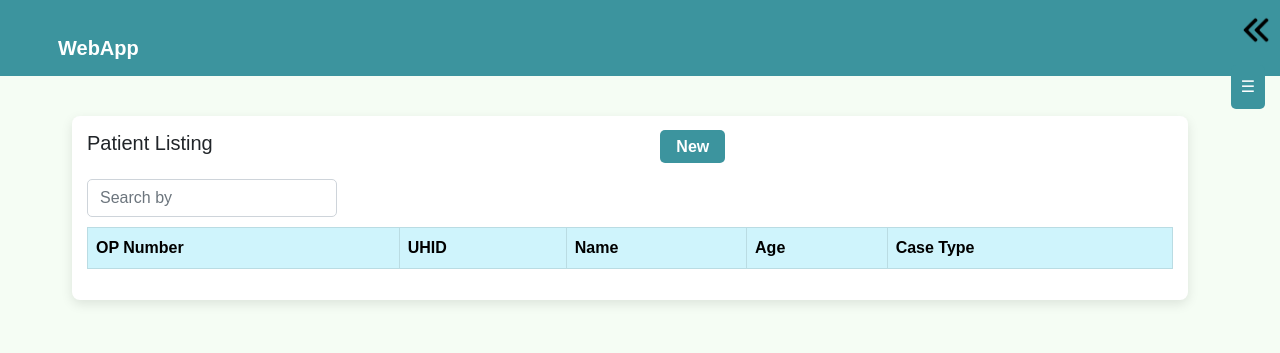
Repository: NAGENDRAN0/New
Page: http://localhost/outpatient
These files come from the project's save history. The page is drawn as it stood at one moment and after the next save; the edit follows.
The browser window is 1280 px wide. The pictures show the whole page.
The page is this project's Thymeleaf template; nobody is signed in. The template is opened directly, without the code that normally fills it, so the values that code supplies are empty.

Above is the page before, as saved 2025-05-15 10:50:30.

### Documents/workspace-spring-tool-suite-4-4.25.0.RELEASE/HMS/src/main/resources/templates/outpatient.html
<!DOCTYPE html>
<html lang="en" xmlns:th="http://www.thymeleaf.org">
<head>
    <meta charset="UTF-8">
    <meta name="viewport" content="width=device-width, initial-scale=1.0">
    <title>Patient Listing</title>

    <!-- Bootstrap CSS -->
    <link href="https://cdn.jsdelivr.net/npm/bootstrap@5.0.2/dist/css/bootstrap.min.css" rel="stylesheet">

    <style>
		a{
			text-decoration-line: none;

		}
		a:hover{
			text-decoration: underline;
		}
        body {
            background-color: #f5fdf4;
            font-family: Arial, sans-serif;
        }

        .container {
            margin-top: 20px;
        }

        .table-container {
            background: white;
            padding: 15px;
            border-radius: 8px;
            box-shadow: 0 4px 12px rgba(0, 0, 0, 0.1);
        }

        .search-input {
            width: 250px;
            margin-bottom: 10px;
            border-radius: 5px;
        }

        .new-btn {
            background-color: #3C949E;
            color: white;
            border: none;
            padding: 8px 16px;
            border-radius: 5px;
            text-decoration: none;
            font-weight: bold;
        }

        .new-btn:hover {
            background-color: #2b6b78;
        }

        .sidebar {
            height: 100vh;
            width: 250px;
            position: fixed;
            top: 56px;
            right: -250px;
            background-color: #2b6b78;
            padding-top: 20px;
            transition: right 0.3s ease;
            z-index: 1050;
        }

        .sidebar a {
            padding: 15px;
            text-decoration: none;
            font-size: 18px;
            color: white;
            display: block;
        }

        .sidebar a:hover {
            background-color: #3C949E;
        }

        .sidebar-btn {
            position: fixed;
            top: 65px;
            right: 15px;
            background-color: #3C949E;
            color: white;
            border: none;
            padding: 10px;
            border-radius: 5px;
            cursor: pointer;
            z-index: 1100;
        }

        .content {
            margin-right: 20px;
            padding: 20px;
        }
    </style>
</head>
<body>

<!-- Navigation Bar -->
<nav class="navbar navbar-expand-lg navbar-dark" style="background-color: #3C949E;">
    <div class="container">
        <a class="navbar-brand" href="/" style="color: white; font-weight: bold;">WebApp</a>
    </div>
	<div class="d-flex justify-content-end mb-3">
		  <a href="/" class="btn btn-sm btn-custom"> <img src="/image/back.png" height="30" width="30"/> </a>
		</div>
</nav>

<!-- Sidebar -->
<div class="sidebar" id="sidebar">
    <a href="#">Dashboard</a>
    <a href="#">Patient Records</a>
    <a href="#">Appointments</a>
    <a href="#">Billing</a>
    <a href="#" th:href="@{/outpatient/prescription}">Patient Prescription</a>
</div>

<!-- Sidebar Toggle Button -->
<button class="sidebar-btn" onclick="toggleSidebar()">☰</button>

<!-- Main Content -->
<div class="content">
    <!-- Listing Table -->
    <div class="container">
        <div class="table-container">
            <div class="d-flex justify-content-between align-items-center mb-3">
                <h5>Patient Listing</h5>
				<div class="text-center flex-grow-1">
					<a th:href="@{/outpatient/registration}" class="new-btn ">New</a>
				</div>

            </div>

            <!-- Search -->
            <input type="text" id="searchInput" class="form-control search-input" placeholder="Search by " onkeyup="filterTable()">

            <!-- Table -->
            <table class="table table-bordered table-hover">
                <thead class="table-info">
                    <tr>
						<th>OP Number</th>
                        <th>UHID</th>
                        <th>Name</th>
                        <th>Age</th>
                        <th>Case Type</th>
                    </tr>
                </thead>
                <tbody id="patientTable">
                    <tr th:each="hms : ${dh}">

                        <td>
							<a th:href="@{/outpatient/edit/{UHId}(UHId=${hms.UHId})}" th:text="${hms.patientEntryNumber}"></a>
						</td>
						<td th:text="${hms.UHId}"></td>
                        <td th:text="${hms.patientName}"></td>
                        <td th:text="${hms.patientAge}"></td>
                        <td th:text="${hms.PatientCasType}"></td>
                    </tr>
                </tbody>
            </table>
        </div>
    </div>
</div>

<!-- Bootstrap JavaScript -->
<script src="https://cdn.jsdelivr.net/npm/bootstrap@5.0.2/dist/js/bootstrap.bundle.min.js"></script>

<script>
    function toggleSidebar() {
        var sidebar = document.getElementById("sidebar");
        if (sidebar.style.right === "-250px") {
            sidebar.style.right = "0";
        } else {
            sidebar.style.right = "-250px";
        }
    }

    function filterTable() {
        var input, filter, table, tr, td, i, txtValue;
        input = document.getElementById("searchInput");
        filter = input.value.toUpperCase();
        table = document.getElementById("patientTable");
        tr = table.getElementsByTagName("tr");

        for (i = 0; i < tr.length; i++) {
            td = tr[i].getElementsByTagName("td");
            if (td.length > 0) {
                txtValue = td[0].textContent || td[0].innerText;
                txtValue += " " + (td[1].textContent || td[1].innerText);
                txtValue += " " + (td[3].textContent || td[3].innerText);

                if (txtValue.toUpperCase().indexOf(filter) > -1) {
                    tr[i].style.display = "";
                } else {
                    tr[i].style.display = "none";
                }
            }
        }
    }
</script>

</body>
</html>

After the next save:
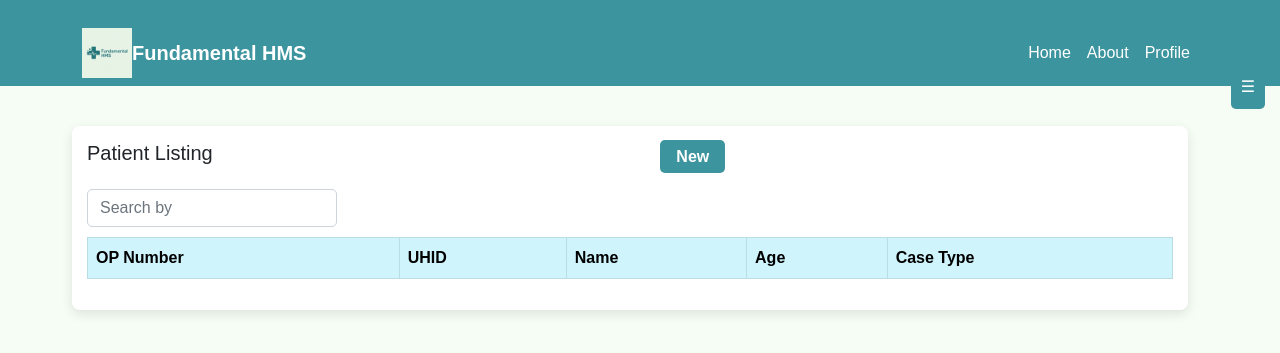
Saved 55 s later.
--- a/Documents/workspace-spring-tool-suite-4-4.25.0.RELEASE/HMS/src/main/resources/templates/outpatient.html
+++ b/Documents/workspace-spring-tool-suite-4-4.25.0.RELEASE/HMS/src/main/resources/templates/outpatient.html
@@ -99,13 +99,28 @@
 
 <!-- Navigation Bar -->
 <nav class="navbar navbar-expand-lg navbar-dark" style="background-color: #3C949E;">
-    <div class="container">
-        <a class="navbar-brand" href="/" style="color: white; font-weight: bold;">WebApp</a>
-    </div>
-	<div class="d-flex justify-content-end mb-3">
-		  <a href="/" class="btn btn-sm btn-custom"> <img src="/image/back.png" height="30" width="30"/> </a>
+		<div class="container d-flex align-items-center">
+			<img th:src=@{/image/Logo.png} class="logo" width="50" height="50"/>
+			<a class="navbar-brand d-flex align-items-center" th:href="@{/}" style="color: white; font-weight: bold;">Fundamental HMS</a>
+			<button class="navbar-toggler" type="button" data-bs-toggle="collapse" data-bs-target="#navbarNav"
+				aria-controls="navbarNav" aria-expanded="false" aria-label="Toggle navigation">
+				<span class="navbar-toggler-icon"></span>
+			</button>
+			<div class="collapse navbar-collapse" id="navbarNav">
+				<ul class="navbar-nav ms-auto">
+					<li class="nav-item">
+						<a class="nav-link active" th:href="@{/}" style="color: white;">Home</a>
+					</li>
+					<li class="nav-item">
+						<a class="nav-link" th:href="@{/features}" style="color: white;">About</a>
+					</li>
+					<li class="nav-item">
+						<a class="nav-link" th:href="@{/contact}" style="color: white;">Profile</a>
+					</li>
+				</ul>
+			</div>
 		</div>
-</nav>
+	</nav>
 
 <!-- Sidebar -->
 <div class="sidebar" id="sidebar">

After the save that followed:
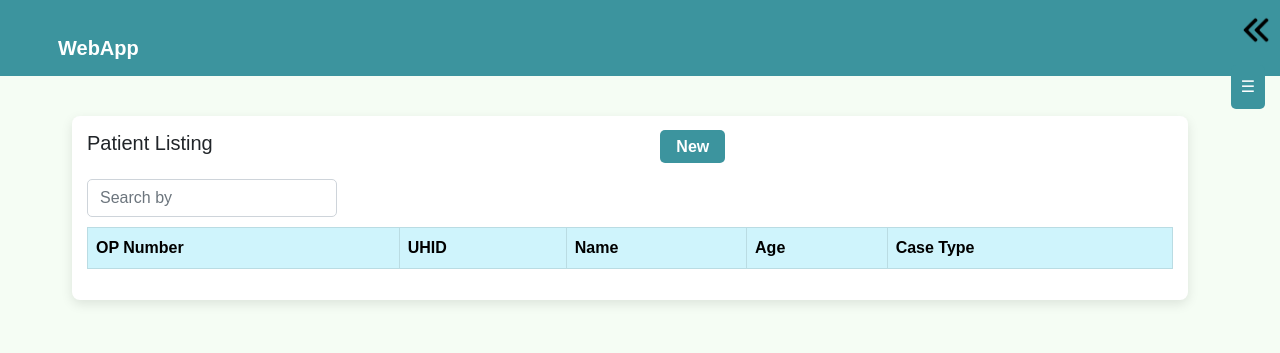
Saved 14 s later.
--- a/Documents/workspace-spring-tool-suite-4-4.25.0.RELEASE/HMS/src/main/resources/templates/outpatient.html
+++ b/Documents/workspace-spring-tool-suite-4-4.25.0.RELEASE/HMS/src/main/resources/templates/outpatient.html
@@ -99,28 +99,13 @@
 
 <!-- Navigation Bar -->
 <nav class="navbar navbar-expand-lg navbar-dark" style="background-color: #3C949E;">
-		<div class="container d-flex align-items-center">
-			<img th:src=@{/image/Logo.png} class="logo" width="50" height="50"/>
-			<a class="navbar-brand d-flex align-items-center" th:href="@{/}" style="color: white; font-weight: bold;">Fundamental HMS</a>
-			<button class="navbar-toggler" type="button" data-bs-toggle="collapse" data-bs-target="#navbarNav"
-				aria-controls="navbarNav" aria-expanded="false" aria-label="Toggle navigation">
-				<span class="navbar-toggler-icon"></span>
-			</button>
-			<div class="collapse navbar-collapse" id="navbarNav">
-				<ul class="navbar-nav ms-auto">
-					<li class="nav-item">
-						<a class="nav-link active" th:href="@{/}" style="color: white;">Home</a>
-					</li>
-					<li class="nav-item">
-						<a class="nav-link" th:href="@{/features}" style="color: white;">About</a>
-					</li>
-					<li class="nav-item">
-						<a class="nav-link" th:href="@{/contact}" style="color: white;">Profile</a>
-					</li>
-				</ul>
-			</div>
+    <div class="container">
+        <a class="navbar-brand" href="/" style="color: white; font-weight: bold;">WebApp</a>
+    </div>
+	<div class="d-flex justify-content-end mb-3">
+		  <a href="/" class="btn btn-sm btn-custom"> <img src="/image/back.png" height="30" width="30"/> </a>
 		</div>
-	</nav>
+</nav>
 
 <!-- Sidebar -->
 <div class="sidebar" id="sidebar">
